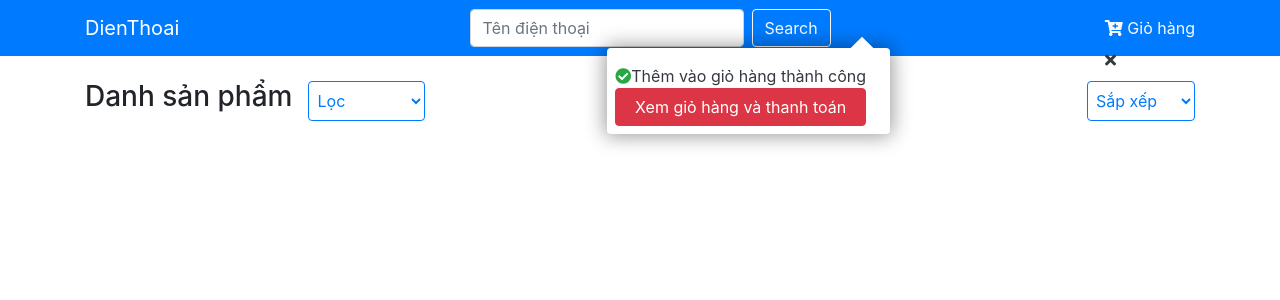
Repository: dovanthao2404/BC14_Bai_Tap_Ban_Dien_Thoai_dovanthao
Page: app/views/index.html
These files come from the project's save history. The page is drawn as it stood at one moment and after the next save; the edit follows.
The browser window is 1280 px wide. The pictures show the whole page.
Some web libraries are served in a nearby version. The style sheet was rebuilt from its Sass, Less or Tailwind sources for each picture, by a compiler version that may differ from the author's.

Above is the page before, as saved 2021-08-14 16:51:32.
Console error (its wording comes from the project's code and is left out).

### app/views/index.html
<!DOCTYPE html>
<html lang="en">

<head>
  <meta charset="UTF-8">
  <meta http-equiv="X-UA-Compatible" content="IE=edge">
  <meta name="viewport" content="width=device-width, initial-scale=1.0">
  <title>Dien Thoai Xin</title>




  <!-- FONT AWESOME -->
  <link rel="stylesheet" href="https://cdnjs.cloudflare.com/ajax/libs/font-awesome/5.15.4/css/all.min.css"
    integrity="sha512-1ycn6IcaQQ40/MKBW2W4Rhis/DbILU74C1vSrLJxCq57o941Ym01SwNsOMqvEBFlcgUa6xLiPY/NS5R+E6ztJQ=="
    crossorigin="anonymous" referrerpolicy="no-referrer" />

  <!-- GOOGLE FONTS -->

  <link rel="preconnect" href="https://fonts.googleapis.com">
  <link rel="preconnect" href="https://fonts.gstatic.com" crossorigin>
  <link
    href="https://fonts.googleapis.com/css2?family=Roboto:ital,wght@0,300;0,400;0,700;1,300;1,400;1,700&display=swap"
    rel="stylesheet">

  <!-- B4 -->
  <link rel="stylesheet" href="https://cdn.jsdelivr.net/npm/bootstrap@4.6.0/dist/css/bootstrap.min.css"
    integrity="sha384-B0vP5xmATw1+K9KRQjQERJvTumQW0nPEzvF6L/Z6nronJ3oUOFUFpCjEUQouq2+l" crossorigin="anonymous">

  <!-- MAIN CSS -->
  <link rel="stylesheet" href="../../assets/css/main.css">
</head>

<body>
  <header class="fixed-top">
    <nav class="navbar navbar-dark bg-primary">
      <div class="container">

        <a href="#" class="navbar-brand">
          DienThoai
        </a>
        <form class="form-inline my-2 my-lg-0">
          <input id="valueSearch" class="form-control mr-sm-2" type="search" placeholder="Tên điện thoại"
            aria-label="Search">
          <button id="btnSearch" class="btn btn-outline-light my-2 my-sm-0" type="button">Search</button>
        </form>
        <div class="phone-cart">
          <a href="cart.html" class="text-light position-relative text-decoration-none">
            <i class="fa fa-cart-plus"></i> Giỏ hàng

            <div class="notifiSuccess pb-2 pt-3 pl-2 pr-4 bg-white rounded">
              <i class="fa fa-times icon-close text-dark"></i>
              <div class="d-flex align-items-center add-success">
                <i class="fa fa-check-circle text-success"></i>
                <p class="text-dark m-0">Thêm vào giỏ hàng thành công</p>
              </div>
              <a href="cart.html" class="btn btn-danger w-100 d-block">Xem giỏ hàng và thanh toán</a>

            </div>
          </a>

        </div>
      </div>
    </nav>

  </header>

  <section class="phone-product">
    <div class="container">
      <div id="listAll-type">
        <div class="phone-title">
          <div class="d-flex justify-content-between align-items-center my-3">
            <div class="d-flex align-items-center">
              <h3 class="mr-3">
                Danh sản phẩm
              </h3>
              <div>
                <select class="phone-select" name="" id="phoneType">
                  <option value="">Lọc</option>
                  <option value="Samsung">Samsung</option>
                  <option value="Iphone">Iphone</option>
                </select>

              </div>
            </div>
            <div class="sort-name">
              <select class="phone-select" name="" id="sortPhone">
                <option value="">Sắp xếp</option>
                <option value="a">A - Z</option>
                <option value="z">Z - A</option>
              </select>
            </div>
          </div>
        </div>
        <div class="phone-list">
          <div class="row" id="listPhoneView">

          </div>
        </div>
      </div>
    </div>
    </div>
  </section>


  <!-- B4 -->
  <script src="https://code.jquery.com/jquery-3.5.1.slim.min.js"
    integrity="sha384-DfXdz2htPH0lsSSs5nCTpuj/zy4C+OGpamoFVy38MVBnE+IbbVYUew+OrCXaRkfj"
    crossorigin="anonymous"></script>
  <script src="https://cdn.jsdelivr.net/npm/bootstrap@4.6.0/dist/js/bootstrap.bundle.min.js"
    integrity="sha384-Piv4xVNRyMGpqkS2by6br4gNJ7DXjqk09RmUpJ8jgGtD7zP9yug3goQfGII0yAns"
    crossorigin="anonymous"></script>


  <!-- AXIOS -->
  <script src="https://cdnjs.cloudflare.com/ajax/libs/axios/0.21.1/axios.min.js"
    integrity="sha512-bZS47S7sPOxkjU/4Bt0zrhEtWx0y0CRkhEp8IckzK+ltifIIE9EMIMTuT/mEzoIMewUINruDBIR/jJnbguonqQ=="
    crossorigin="anonymous" referrerpolicy="no-referrer"></script>

  <script type="module" src="./../controllers/main.js"></script>
</body>

</html>

### app/controllers/main.js
import Phone from "./../models/Phone.js"
import ListPhone from "./../models/ListPhone.js"


var listProductInCart = JSON.parse(localStorage.getItem("listProductInCart")) || [];



let getEle = (id) => {
  return document.getElementById(id)
}

let listPhone = new ListPhone();


let renderView = (arr) => {
  let html = ""
  arr.forEach((phone) => {
    html += `
    <div class="col-3 mb-3">
    <div class="card overflow-hidden h-100">
      <img
        src="${phone.img}"
        alt="" class="card-img-top">
      <div class="card-body">
        <h4 class=card-title>
        ${phone.name}
        </h4>
        <p class="card-text">${phone.desc}</p>
        </div>
        <div class="card-footer">
        <a data-action="add"  data-phone=${phone.id} class="btn btn-primary w-100">Cart</a>
        </div>
    </div>
  </div>
    `
  })
  getEle("listPhoneView").innerHTML = html

}

let fetchData = () => {
  listPhone
    .getListPhoneApi()
    .then((resp) => {
      renderView(resp.data)
    })
    .catch((err) => {
      console.log(err)
    })
}

fetchData()

let filterType = (phoneType, type) => {
  return listPhone
    .getListPhoneApi()
    .then((resp) => {
      let data = resp.data;
      data.forEach((phone) => {
        if (phone.type === type) {
          phoneType.push(phone);
        }
      })
      renderView(phoneType)
      return phoneType;
    })
    .catch((err) => {
      console.log(err)
    })
}

let sortPhone = (arr, valueSort) => {
  for (let i = 0; i < arr.length; i++) {
    for (let j = i; j < arr.length; j++) {
      if (valueSort === 1) {
        if (arr[i].name < arr[j].name) {
          let temp = arr[i];
          arr[i] = arr[j]
          arr[j] = temp;
        }
      } else {
        if (arr[i].name > arr[j].name) {
          let temp = arr[i];
          arr[i] = arr[j]
          arr[j] = temp;
        }
      }
    }
  }
  renderView(arr)
}


let delegationSelect = () => {
  let phoneType = [];
  let type = getEle("phoneType").value;
  let dataSort = getEle("sortPhone").value;

  if (type && dataSort) {

    if (dataSort === "a") {
      filterType(phoneType, type)
        .then((phoneType) => {
          sortPhone(phoneType, 1);
        })
    } else {
      filterType(phoneType, type)
        .then((phoneType) => {
          sortPhone(phoneType, 0);
        })
    }

  } else if (type && !dataSort) {

    filterType(phoneType, type);

  } else if (!type && dataSort) {

    if (dataSort === "a") {
      listPhone.getListPhoneApi()
        .then((resp) => {
          sortPhone(resp.data, 1);
        })
        .catch((err) => {
          console.log(err);
        })
    } else {
      listPhone.getListPhoneApi()
        .then((resp) => {
          sortPhone(resp.data, 0);
        })
        .catch((err) => {
          console.log(err);
        })
    }

  } else {
    fetchData()
  }
}

getEle("phoneType").addEventListener("change", delegationSelect)
getEle("sortPhone").addEventListener("change", delegationSelect)

const handleSearch = () => {
  let nameSort = getEle("valueSearch").value;
  nameSort = nameSort.toLowerCase().trim();
  listPhone.getListPhoneApi()
    .then((resp) => {
      let listPhone = resp.data;
      let listPhoneSearch = listPhone.filter((phone) => {
        return phone.name.toLowerCase().includes(nameSort);
      })
      renderView(listPhoneSearch);
    })
    .catch((err) => {
      console.log(err)
    })

}

getEle("btnSearch").addEventListener("click", handleSearch);




const delegationListPhoneView = (e) => {
  if (e.target.getAttribute("data-action") === "add") {
    let id = e.target.getAttribute("data-phone");

    listPhone.getPhoneById(id)
      .then((resp) => {
        let count = 0;
        for (let i = 0; i < listProductInCart.length; i++) {

          if (listProductInCart[i].id === id) {
            listProductInCart[i].quantity += 1;
            localStorage.setItem("listProductInCart", JSON.stringify(listProductInCart));
            count++;
          }

        }

        if (count === 0) {
          let phone = { ...resp.data }
          phone.quantity = 1;
          listProductInCart.push(phone);
          localStorage.setItem("listProductInCart", JSON.stringify(listProductInCart));

        }
      })
      .catch((err) => {
        console.log(err)
      })


  }
}


getEle("listPhoneView").addEventListener("click", delegationListPhoneView)

### app/models/Phone.js
class Phone {
  constructor({
    name,
    price,
    screen,
    backCamera,
    frontCamera,
    img,
    desc,
    type
  },) {
    this.name = name;
    this.price = price;
    this.screen = screen;
    this.backCamera = backCamera;
    this.frontCamera = frontCamera;
    this.img = img;
    this.desc = desc;
    this.type = type;
  }

}

### app/models/ListPhone.js
export default class ListPhone {
  getListPhoneApi() {
    return axios({
      url: "https://6113ecdacba40600170c1d10.mockapi.io/api/phone",
      method: "GET",
    });
  }

  getPhoneById(id) {
    return axios({
      url: `https://6113ecdacba40600170c1d10.mockapi.io/api/phone/${id}`,
      method: "GET",
    });
  }

}

//  MỚi ăn xong

### assets/scss/main.scss
.phone-product {
  margin-top: 80px;
}
.phone-select {
  padding: 8px 20px 8px 4px;
  border-color: #007bff;
  color: #007bff;
  border-radius: 4px;
  background: transparent;
  outline: none;
  cursor: pointer;
  transition: all 0.5s;
  &:hover {
    background-color: #007bff;
    color: white;
  }
  option {
    display: block;
    background-color: white;
    color: #000;
  }
}
.notifiSuccess {
  position: absolute;
  top: 48px;
  right: 390px;
  box-shadow: 0 0 20px 2px rgba(0, 0, 0, 0.4);
  &:before {
    content: "";
    position: absolute;
    display: block;
    width: 16px;
    height: 16px;
    background-color: #fff;
    transform: rotate(45deg);
    top: -8px;
    right: 20px;
  }
  .add-success {
    cursor: grab !important;
  }
  .icon-close {
    position: absolute;
    right: -250px;
    top: -12px;
    cursor: pointer;
  }
}

After the next save:
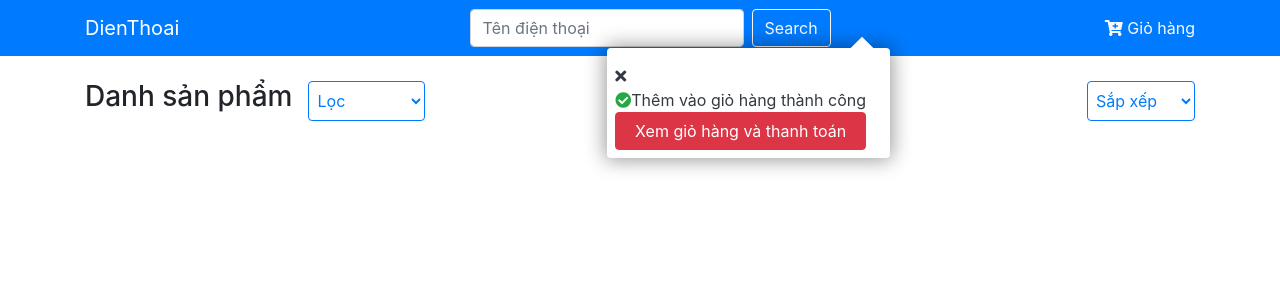
Saved 21 s later.
--- a/assets/scss/main.scss
+++ b/assets/scss/main.scss
@@ -39,10 +39,4 @@
   .add-success {
     cursor: grab !important;
   }
-  .icon-close {
-    position: absolute;
-    right: -250px;
-    top: -12px;
-    cursor: pointer;
-  }
 }

After the save that followed:
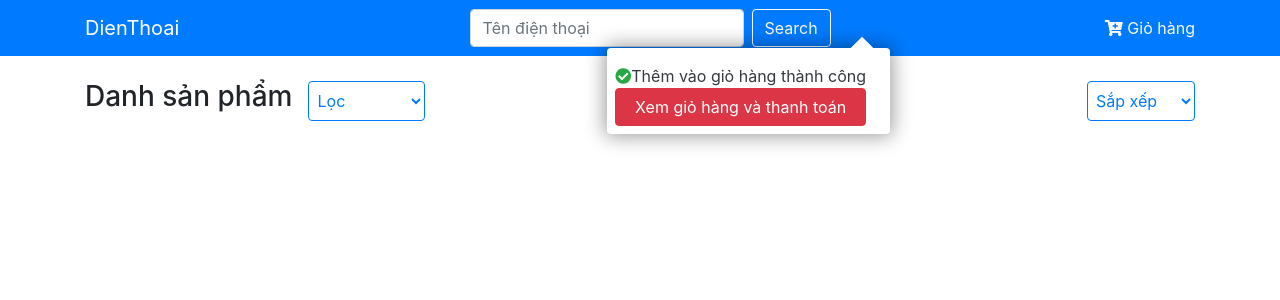
Saved 2 s later.
--- a/app/views/index.html
+++ b/app/views/index.html
@@ -49,7 +49,6 @@
             <i class="fa fa-cart-plus"></i> Giỏ hàng
 
             <div class="notifiSuccess pb-2 pt-3 pl-2 pr-4 bg-white rounded">
-              <i class="fa fa-times icon-close text-dark"></i>
               <div class="d-flex align-items-center add-success">
                 <i class="fa fa-check-circle text-success"></i>
                 <p class="text-dark m-0">Thêm vào giỏ hàng thành công</p>
